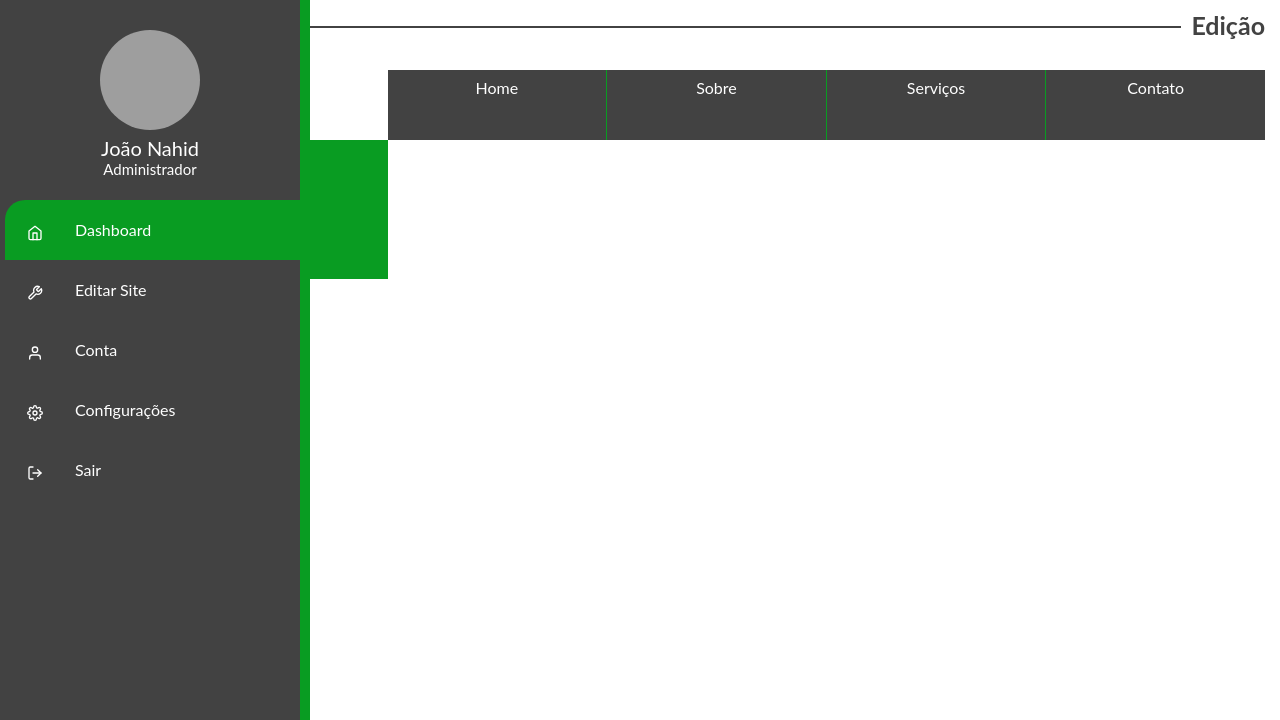
Repository: JoaoNahid/adminSystem
Page: /edicao (app in client/)
An editor plug-in stored every save of this project. The page is shown before and after the next save, followed by the edit.
The browser window is 1280 px wide. The pictures show the whole page.
Pictures or frames that could not be fetched are drawn as grey boxes. The page's requests for data from a server got no answer. The project was rebuilt for these pictures with package versions that can differ from the ones it lists, and the page was loaded fresh each time. No one was signed in, and anything a server would have sent is missing. Also part of the build but not shown: client/src/App.css, client/src/routes/login.js, client/src/routes/cadastro.js, client/src/routes/home.js, client/src/routes/404.js, client/src/routes/lote.js, client/src/routes/calculos.js.

Above is the page before, as saved 2022-05-10 19:55:30.

### client/src/App.js
import logo from './logo.svg';
import React, { useState, useEffect } from "react"
import './App.css';
import './css/style.css';
import './css/sidebar.css';


// Router
import { BrowserRouter as Router, Route, Routes } from 'react-router-dom';
// Telas
import Login from './routes/login.js'
import Cadastro from './routes/cadastro.js'
import Home from './routes/home.js'
import Error from './routes/404.js'
import Header from './routes/header.js'
import Lote from './routes/lote.js'
import Calculos from './routes/calculos.js'
import EdicaoPaginas from "./routes/edicaoPaginas"

export default function App() {

  return (
    <Router>
      <div>
        <Header />
        <Routes>
          <Route exact path="/login" element={<Login />} />
          <Route exact path="/cadastro" element={<Cadastro />} />
          <Route exact path="/" element={<Home />} />
          <Route exact path="/home" element={<Home />} />
          <Route exact path="/lote/:id" element={<Lote />} />
          <Route exact path="/calculos" element={<Calculos />} />
          <Route exact path="/edicao" element={<EdicaoPaginas />} />
          <Route path="*" element={<Error />} />
        </Routes>
      </div>
    </Router>
  )
}

### client/src/css/style.css
body{
  margin: 0;
  padding: 0;
  font-family: 'Lato', sans-serif;
}
*{
  margin: 0;
  padding: 0;
  font-family: 'Lato', sans-serif;
}
:root{
  --cor1: #099c22;
  --cor2: #424242;
}

@import url('https://fonts.googleapis.com/css2?family=Lato:ital,wght@0,100;0,300;0,400;0,700;0,900;1,100;1,300;1,400;1,700;1,900&display=swap');


.container{
  max-width: calc(100% - 80px);
  padding: 0 15px;
  margin: 0 auto 0 80px;
}
.nomePagina{
  padding: 8px 0;
  margin-bottom: 15px;
  background-color: #fff;
  display: flex;
  flex-direction: row;
  justify-content: space-between;
  align-items: center;
}

.tituloPagina{
  color: var(--cor2);
  font-size: 30px;
}
.mostrarEstatisticas{
  color: var(--cor2);
  font-size: 30px;
  cursor: pointer;
  transform: rotate(180deg);
}
.flexBox{
  display: flex;
}
.flexRow{
  flex-direction: row;
}
/* SIDEBAR */
.sidebar{
  position: fixed;
  top: 0;
  bottom: 0;
  height: auto;
  width: 70px;
  background-color: var(--cor2);
  box-shadow: 10px 0 0 var(--cor1);
  overflow: hidden;
  transition: 0.5s;
  z-index: 2;
}
.sidebar:hover{
  width: 300px;
}
.sidebar ul{
  position: absolute;
  top: 200px;
  left: 0;
  width: 100%;
  padding-left: 5px;
}
.sidebar ul li{
  position: relative;
  list-style: none;
  width: 100%;
  border-top-left-radius: 20px;
}
.sidebar ul li a{
  position: relative;
  display: flex;
  width: 100%;
  text-decoration: none;
  color: #fff;
}
.sidebar .iconeSidebar{
  position: relative;
  display: block;
  min-width: 60px;
  height: 60px;
  text-align: center;
  line-height: 70px;
}
.sidebar .iconeSidebar ion-icon{
  position: relative;
  font-size: 1.5rem;
  z-index: 1;
}
.sidebar .tituloSidebar{
  position: relative;
  display: block;
  padding-left: 10px;
  height: 60px;
  line-height: 60px;
  white-space: nowrap;
}
.sidebar .active{
  background: var(--cor1);
}
.perfilUsuario{
  position: relative;
  top: 30px;
  display: flex;
  flex-direction: column;
  justify-content: center;
  align-items: center;
}
.fotoUsuario{
  width: 50px;
  height: 50px;
  border-radius: 50%;
  background-size: cover !important;
  background-repeat: no-repeat !important;
  background-position: center !important;
  transition: 0.6s;
}
.sidebar:hover .fotoUsuario{
  width: 100px;
  height: 100px;
}
.sidebar:hover .nomeUsuario,
.sidebar:hover .funcaoUsuario{
  visibility: visible;
  opacity: 1;
  transition: visibility 0s, opacity 0s linear;
}
.nomeUsuario{
  color: #fff;
  font-size: 20px;
  margin-top: 6px;
  visibility: hidden;
  opacity: 0;
  transition: visibility 0s, opacity 0s linear;
}
.funcaoUsuario{
  color: #fff;
  font-size: 15px;
  visibility: hidden;
  opacity: 0;
  transition: visibility 0s, opacity 0s linear;
}
/* FIM SIDEBAR */

/* DASHBOARD */
.areaBlocosEstatisticas{
  display: grid;
  grid-template-columns: repeat(4, 1fr);
  justify-content: center;
  gap: 20px;
  flex-direction: row;
}
@media(max-width: 1064px){
  .areaBlocosEstatisticas{
    grid-template-columns: repeat(2, 1fr);
  }
}
@media(max-width: 651px){
  .areaBlocosEstatisticas{
    grid-template-columns: 1fr;
  }
}
.blocoEstatistica{
  width: auto;
  height: 150px;
  background: var(--cor2);
  color: #fff;
  border-bottom: 3px solid var(--cor1);
  border-top-left-radius: 20px;
  border-top-right-radius: 20px;
  display: flex;
  flex-direction: column;
  justify-content: space-between;
  align-items: center;
  padding: 8px 12px;
}
.tituloEstatistica{
  font-size: 25px;
  text-transform: capitalize;
}
.conteudoEstatistica{
  display: flex;
  flex-direction: row;
  align-items: center;
  justify-content: space-between;
  width: 100%;
  padding-bottom: 25px;
}
.iconeEstatistica{
  width: 85px;
  font-size: 50px;
  z-index: 0;
}
.dadosEstatistica{
  text-align: center;
  width: 100%;
  font-size: 60px;
  color: #fff;
}
.exibirMenu{
  margin-top: -1000px !important;
  transition: .3s;
}
.rotacionarBtn{
  transform: rotate(180deg);
  transition: .7s ease-in;
}
/* FIM DASHBOARD */

/* LOGIN */
#bgAreaLogin{
  background: rgb(9,156,34);
  background: linear-gradient(0deg, rgba(9,156,34,1) 0%, rgba(66,66,66,1) 100%);
  width: 100%;
  height: 100vh;
}
#areaLogin{
  position: absolute;
  top: 0;
  bottom: 0;
  right: 0;
  left: 0;
  margin: auto auto;
  width: 350px;
  height: 400px;
  box-shadow: rgba(0, 0, 0, 0.1) 0px 10px 15px -3px, rgba(0, 0, 0, 0.05) 0px 4px 6px -2px;
  background-color: #fff;
}
.formLogin{
  padding: 15px 45px ;
  display: flex;
  flex-direction: column;
  gap: 15px;
  align-items: center;
  justify-content: center;
  height: 100%;
}
#areaLogin input{
  /* border-top: 0 none;
  border-right: 0 none;
  border-left: 0 none;
  border-color: var(--cor1); */
  border: 0 none;
  background: #42424255;
  color: var(--cor2);
  border-radius: 20px;
  padding: 8px 12px;
  font-size: 15px;
  width: calc(100% - 24px);
}
#areaLogin input::placeholder{
  color: #fff;
}
#areaLogin input:focus{
  outline: none;
}
.btnLogar{
  width: 100% !important;
  background-color: var(--cor2) !important;
  transition: .3s;
  color: #fff !important;
}
.btnLogar:hover{
  background-color: var(--cor1) !important;
  color: #fff !important;
  cursor: pointer;
}
.esqueciASenha{
  font-size: 13px;
  color: var(--cor2);
  text-decoration: none;
}
.esqueciASenha:hover{
  color: inherit;
}

/* FIM LOGIN */


/* INPUTS */
input:focus{
  outline: 0;
}
.formEdicao input{
  border-top: 0 none;
  border-right: 0 none;
  border-left: 0 none;
  border-bottom: 2px solid var(--cor2);
  padding: 0 5px 2px;
  font-size: 15px;
  transition: 0.3s;
  width: 100%;
}
.formEdicao input:focus{
  border-color: var(--cor1);
}
/* FIM INPUTS */

#headerArea{
  height: 50px;
  width: 100%;
  color: #fff;
  text-align: right;
  padding: 10px 0;
}
#headerArea .tituloPagina{
  position: relative;
  height: 100%;
}
#headerArea h3{
  color: var(--cor2);
  background-color: #fff;
  position: absolute;
  width: min-content;
  right: 0;
  font-size: 25px;
  z-index: 10;
  padding-left: 10px;
}
#headerArea .tituloPagina::after{
  content: '';
  background-color: var(--cor2);
  height: 2px;
  width: 100%;
  position: absolute;
  left: 0;
  bottom: 32px;
  z-index: 1;
}

/* PAGINA DE ERRO */
#errorPage{
  width: 100%;
  text-align: center;
  padding-top: 50px;
}

.inputsConversao{
  border: 1px solid #aaa8a8;
  border-radius: 3px;
  width: 350px;
  padding: 8px 10px;
  margin-bottom: 10px;
}
.tituloInput{
  margin-bottom: 3px;
}
#gridLotes{
  display: grid;
  grid-template-columns: repeat(4, 1fr);
  gap: 8px;
}
.boxLote{
  padding: 5px;
  text-align: left;

  color: #fff;
}
.loteFechado{
  background-color: rgb(230, 91, 109);
}
.loteAberto{
  background-color: rgb(36, 133, 189);
}
.boxConversao{
  flex-direction: row;
  justify-content: space-between;
  gap: 10px;
}
.flexChild100{
  width: 100%;
  padding: 15px;
}

.areaEdicaoSite {
  display: grid;
  grid-template-columns: repeat(4, 1fr);
  grid-template-rows: 1fr 1fr 1fr;
  gap: 0px 0px;
  grid-auto-flow: row;
  grid-template-areas:
    ". menuPaginasEdicao menuPaginasEdicao menuPaginasEdicao"
    "menuItensEdicao formEdicao formEdicao formEdicao"
    "menuItensEdicao formEdicao formEdicao formEdicao";
}

.menuPaginasEdicao {
  grid-area: menuPaginasEdicao;
  background-color: var(--cor1);
  display: flex;
  flex-direction: row;
  gap: 1px;
  justify-content: center;
}
.menuPaginasEdicao div{
  width: 100%;
  background-color: var(--cor2);
  padding: 8px 0;
  text-align: center;
  color: #fff;
  cursor: pointer;
}
.menuPaginasEdicao div:hover{
  background-color: var(--cor1);
  color: var(--cor2);
}

.formEdicao {
  grid-area: formEdicao;
}

.menuItensEdicao {
  grid-area: menuItensEdicao;
  display: flex;
  flex-direction: column;
  background-color: var(--cor1);
  gap: 1px;
}

### client/src/css/sidebar.css
/* SIDEBAR */
.sidebar{
  position: fixed;
  top: 0;
  bottom: 0;
  height: auto;
  width: 70px;
  background-color: var(--cor2);
  box-shadow: 10px 0 0 var(--cor1);
  overflow: hidden;
  transition: 0.5s;
  z-index: 2;
}
.sidebar:hover{
  width: 300px;
}
.sidebar ul{
  position: absolute;
  top: 200px;
  left: 0;
  width: 100%;
  padding-left: 5px;
}
.sidebar ul li{
  position: relative;
  list-style: none;
  width: 100%;
  border-top-left-radius: 20px;
}
.sidebar ul li a{
  position: relative;
  display: flex;
  width: 100%;
  text-decoration: none;
  color: #fff;
}
.sidebar .iconeSidebar{
  position: relative;
  display: block;
  min-width: 60px;
  height: 60px;
  text-align: center;
  line-height: 70px;
}
.sidebar .iconeSidebar ion-icon{
  position: relative;
  font-size: 1.5rem;
  z-index: 1;
}
.sidebar .tituloSidebar{
  position: relative;
  display: block;
  padding-left: 10px;
  height: 60px;
  line-height: 60px;
  white-space: nowrap;
}
.sidebar .active{
  background: var(--cor1);
}
.perfilUsuario{
  position: relative;
  top: 30px;
  display: flex;
  flex-direction: column;
  justify-content: center;
  align-items: center;
}
.fotoUsuario{
  width: 50px;
  height: 50px;
  border-radius: 50%;
  background-size: cover !important;
  background-repeat: no-repeat !important;
  background-position: center !important;
  transition: 0.6s;
}
.sidebar:hover .fotoUsuario{
  width: 100px;
  height: 100px;
}
.sidebar:hover .nomeUsuario,
.sidebar:hover .funcaoUsuario{
  visibility: visible;
  opacity: 1;
  transition: visibility 0s, opacity 0s linear;
}
.nomeUsuario{
  color: #fff;
  font-size: 20px;
  margin-top: 6px;
  visibility: hidden;
  opacity: 0;
  transition: visibility 0s, opacity 0s linear;
}
.funcaoUsuario{
  color: #fff;
  font-size: 15px;
  visibility: hidden;
  opacity: 0;
  transition: visibility 0s, opacity 0s linear;
}
/* FIM SIDEBAR */

### client/src/routes/header.js
import React, { useEffect, useState } from "react"

export default function Header() {

    const [pagina, setPagina] = useState()
    useEffect(() => {
        var link = window.location.href
        link = link.split('/')
        link = link[3]

        setTituloPagina(link)
    })

    function setTituloPagina(link){
        if (link === 'edicao') {
            setPagina('Edição')
        } else if(link === 'home'){
            setPagina('Home')
        } else if(link === 'contato'){
            setPagina('Contato')
        }
    }

    return(
        <div className="container">
            <div id="headerArea">
                <div className="tituloPagina">
                    <h3>{pagina}</h3>
                </div>
            </div>
        </div>
    )
}

### client/src/routes/edicaoPaginas.js
import React, { Component, useState, useEffect } from "react"
import Axios from "axios"
import Sidebar from '../components/sidebar.js'
import { VerificaLogin } from '../components/verificaLogin.js'
import MenuPaginas from '../components/menuPaginasEdicao'
import MenuItens from '../components/menuItensEdicao'

export default function EdicaoPaginas(){
    VerificaLogin();




    return(

        <div>
            <Sidebar />
            <div className="container">
                <div className="areaEdicaoSite">
                    <MenuPaginas />
                    <div class="formEdicao">

                    </div>
                    <MenuItens />
                </div>
            </div>
        </div>
    )
}

### client/src/components/sidebar.js
import React, { Component } from "react"
import { FiLogOut, FiUser, FiGrid, FiHome, FiSettings, FiTool } from "react-icons/fi"

export default class Sidebar extends Component {

    constructor(){
        super()
        this.state = {

        }
    }

    componentDidMount(){

        const listaSidebar = document.querySelectorAll('.lista');
        function menuAtivo() {
            listaSidebar.forEach((item) =>
                item.classList.remove('active'))
            var menu = this.id
            localStorage.setItem('active', menu)
        }
        listaSidebar.forEach((item) =>
            item.addEventListener('click', menuAtivo));

        document.getElementsByClassName('fotoUsuario')[0].style.background = "url(img/nahid.jpg)"

    }

    logout = (e) => {
        localStorage.removeItem('id');
        localStorage.removeItem('token');
        window.location.href="/login"
    }



    render(){
        return(
            <div className="sidebar">
                <div className="perfilUsuario">
                    <div className="fotoUsuario"></div>
                    <span className="nomeUsuario">João Nahid</span>
                    <span className="funcaoUsuario">Administrador</span>
                </div>
                <ul>
                    <li id='menu-1' className="lista active">
                        <a href="/home">
                            <span className="iconeSidebar">
                                <FiHome />
                            </span>
                            <span className="tituloSidebar">Dashboard</span>
                        </a>
                    </li>

                    <li id='menu-2' className="lista">
                        <a href="/edicao">
                            <span className="iconeSidebar">
                                <FiTool />
                            </span>
                            <span className="tituloSidebar">Editar Site</span>
                        </a>
                    </li>

                    <li id='menu-3' className="lista">
                        <a href="#">
                            <span className="iconeSidebar">
                                <FiUser />
                            </span>
                            <span className="tituloSidebar">Conta</span>
                        </a>
                    </li>

                    <li id='menu-4' className="lista">
                        <a href="#">
                            <span className="iconeSidebar">
                                <FiSettings />
                            </span>
                            <span className="tituloSidebar">Configurações</span>
                        </a>
                    </li>

                    <li id='menu-5' className="lista" onClick={(e) => this.logout()}>
                        <a href="#">
                            <span className="iconeSidebar">
                                <FiLogOut />
                            </span>
                            <span className="tituloSidebar">Sair</span>
                        </a>
                    </li>
                </ul>
            </div>

        )
    }
}

### client/src/components/verificaLogin.js
import { useEffect } from "react"
import Axios from "axios"

export function VerificaLogin(){

    useEffect(() => {

        var id = localStorage.getItem('id')
        var token = localStorage.getItem('token')

        getUser(id, token)
    })

    function getUser(id, token){
        Axios.get('http://localhost:3001/conexoesUsuarios',{
            params: {
                id: id,
                token: token
            }
        }).then((response) => {
            var dadosDoServidor = response.data
            if(dadosDoServidor.length === 0){
                localStorage.removeItem('id')
                localStorage.removeItem('token')
                window.location.href = "/login"
            }
        })
    }
}

### client/src/components/menuPaginasEdicao.js
import React, { Component} from "react"

export default class MenuPaginas extends Component{

        render(){
            return(
                <div className="menuPaginasEdicao">
                    <div className="paginaEdicao">Home</div>
                    <div className="paginaEdicao">Sobre</div>
                    <div className="paginaEdicao">Serviços</div>
                    <div className="paginaEdicao">Contato</div>
                </div>
            )
        }
}

### client/src/components/menuItensEdicao.js
import React, { Component } from "react"

export default class MenuItens extends Component{

    render() {
        return(
            <div class="menuItensEdicao">
                <div className="itemEdicao">Slider</div>
                <div className="itemEdicao">Ícones</div>
                <div className="itemEdicao">Quem Somos</div>
                <div className="itemEdicao">Missão e valores</div>
                <div className="itemEdicao">Depoimentos</div>
                <div className="itemEdicao">Parceiros</div>
                <div className="itemEdicao">Contato</div>
            </div>
        )
    }
}

Loaded but not shown: client/public/index.html (common file); client/src/index.js (common file); client/src/index.css (common file); client/src/reportWebVitals.js (common file)

After the next save:
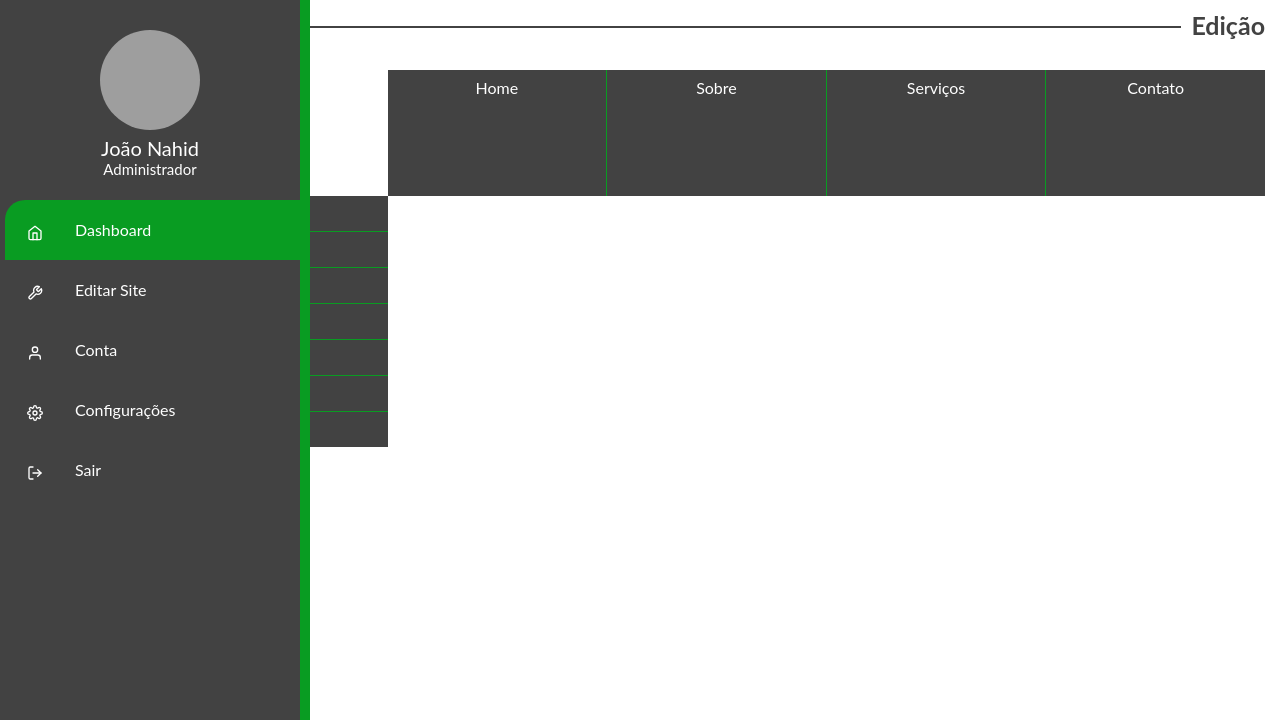
Saved 25 s later.
--- a/client/src/css/style.css
+++ b/client/src/css/style.css
@@ -425,3 +425,11 @@ input:focus{
   background-color: var(--cor1);
   gap: 1px;
 }
+.menuItensEdicao div{
+  width: 100%;
+  background-color: var(--cor2);
+  padding: 8px 0;
+  text-align: center;
+  color: #fff;
+  cursor: pointer;
+}
